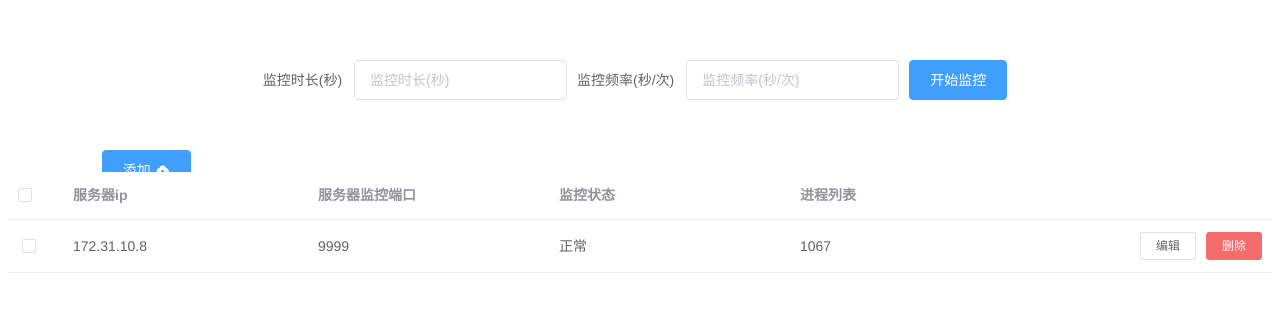
Repository: jiuceng1/monitor
Page: /#/show (app in nmonvue/)
These files come from the project's save history. The page is drawn as it stood at one moment and after the next save; the edit follows.
The browser window is 1280 px wide. The pictures show the whole page.
The project was rebuilt for these pictures with package versions that can differ from the ones it lists, and the page was loaded fresh each time. Also part of the build but not shown: nmonvue/src/components/HelloWorld.vue.

Above is the page before, as saved 2022-01-13 17:06:11.

### nmonvue/index.html
<!DOCTYPE html>
<html>
  <head>
    <meta charset="utf-8">
    <meta name="viewport" content="width=device-width,initial-scale=1.0">
    <title>nmonvue</title>
  </head>
  <body>
    <div id="app"></div>
    <!-- built files will be auto injected -->
  </body>
</html>

### nmonvue/src/router/index.js
import Vue from 'vue'
import Router from 'vue-router'
import HelloWorld from '@/components/HelloWorld'

Vue.use(Router)

export default new Router({
  routes: [
    {
      path: '/',
      name: 'HelloWorld',
      component: HelloWorld
    },{
      path: '/show',
      name: 'show',
      component:()=>import('@/view/show')
    }
  ]
})

### nmonvue/src/view/show.vue
<template>
    <div>
        <el-form :inline="true" :model="formInline" class="demo-form-inline">
        <el-form-item label="监控时长(秒)">
            <el-input v-model="formInline.duration" placeholder="监控时长(秒)"></el-input>
        </el-form-item>
        <el-form-item label="监控频率(秒/次)">
            <el-input v-model="formInline.frequency" placeholder="监控频率(秒/次)"></el-input>
        </el-form-item>
        <el-form-item>
            <el-button type="primary">开始监控</el-button>
        </el-form-item>
        </el-form>
        <br/>
    <div style="width:150px; height:22px;
              margin-right:0;margin-left:5%; margin-bottom: 0px; margin-top: 10px">
  <el-button type="primary" @click="showEnable=true">添加<i class="el-icon-upload el-icon--right"></i></el-button>
  </div>
    <el-table
    :data="tableData"
     @selection-change="handleSelectionChange">
    style="width: 100%">
    <el-table-column
      type="selection"
      width="55">
    </el-table-column>
    <el-table-column
      label="服务器ip"
      prop="ip">
    </el-table-column>
    <el-table-column
      label="服务器监控端口"
      prop="port">
    </el-table-column>
    <el-table-column
      label="监控状态"
      prop="state">
    </el-table-column>
    <el-table-column
      label="进程列表"
      prop="processList">
    </el-table-column>
    <el-table-column
      align="right">
      <template slot-scope="scope">
        <el-button
          size="mini"
          @click="handleEdit(scope.$index, scope.row)">编辑</el-button>
        <el-button
          size="mini"
          type="danger"
          @click="handleDelete(scope.$index, scope.row)">删除</el-button>
      </template>
    </el-table-column>
  </el-table>
  <br/>
  <el-dialog title="添加服务器" :visible.sync="showEnable">
  <el-form :model="form">
    <el-form-item label="服务器ip" :label-width="formLabelWidth">
      <el-input v-model="form.ip" autocomplete="off"></el-input>
    </el-form-item>
    <el-form-item label="服务器账号" :label-width="formLabelWidth">
      <el-input v-model="form.account" autocomplete="off"></el-input>
    </el-form-item>
    <el-form-item label="服务器密码" :label-width="formLabelWidth">
      <el-input v-model="form.password" autocomplete="off"></el-input>
    </el-form-item>
    <el-form-item label="监控端口" :label-width="formLabelWidth">
      <el-input v-model="form.port" autocomplete="off"></el-input>
    </el-form-item>
    <el-form-item label="监控进程列表" :label-width="formLabelWidth">
      <el-input v-model="form.processList" autocomplete="off"></el-input>
    </el-form-item>
  </el-form>
  <div slot="footer" class="dialog-footer">
    <el-button @click="showEnable = false">取 消</el-button>
    <el-button type="primary" @click="update()">确 定</el-button>
  </div>
</el-dialog>
</div>
</template>

<script>
import axios from 'axios'
  export default {
    data() {
      return {
          formInline: {
          duration: '',
          frequency: ''
        },
        showEnable: false,
        tableData: [{
          ip: '172.31.10.8',
          port: '9999',
          state: '正常',
          processList: '1067'
        }],
        search: '',
        form: {
          ip: '',
          account: '',
          password: '',
          port: '',
          processList: '',
        },
        formLabelWidth: '120px'
      }
    },
    methods: {
      handleEdit(index, row) {
        this.form=row
        this.showEnable=true
      },
      handleDelete(index) {
        this.tableData.splice(index,1)
      },
       handleSelectionChange(val) {
        this.multipleSelection = val;
      },
      update(){
        axios({
            url : 'http://127.0.0.1:8000/api/testapi/',
            method : 'post',
            data : this.form,
        }).then((response)=>{
            console.log(response.data)
            if(response.data=='True'){
                this.tableData.push({
                ip: this.form.ip,
                port: this.form.port,
                state: '正常',
                processList: this.form.processList
                })
            }
        })
        this.showEnable=false
      }
    },
  }
</script>

Loaded but not shown: nmonvue/src/main.js (common file); nmonvue/src/App.vue (common file)

After the next save:
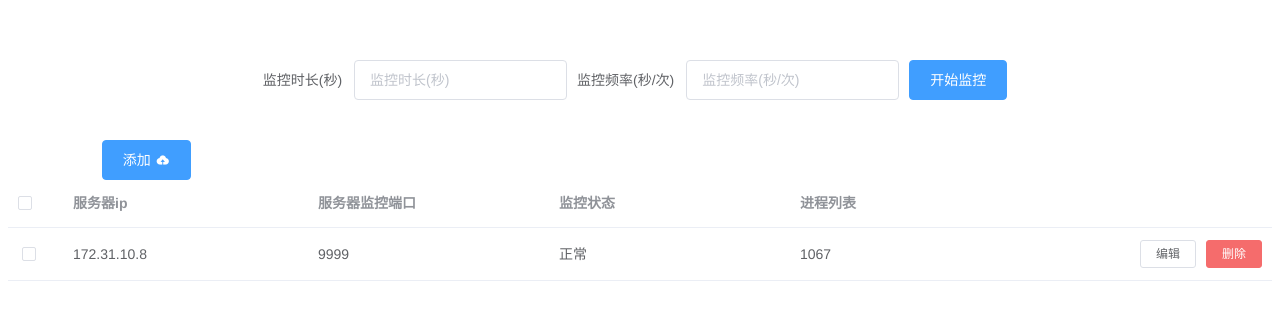
Saved 12 s later.
--- a/nmonvue/src/view/show.vue
+++ b/nmonvue/src/view/show.vue
@@ -13,9 +13,10 @@
         </el-form>
         <br/>
     <div style="width:150px; height:22px;
-              margin-right:0;margin-left:5%; margin-bottom: 0px; margin-top: 10px">
+              margin-right:0;margin-left:5%; margin-bottom: 0px; margin-top: 0px">
   <el-button type="primary" @click="showEnable=true">添加<i class="el-icon-upload el-icon--right"></i></el-button>
   </div>
+  <br/>
     <el-table
     :data="tableData"
      @selection-change="handleSelectionChange">
